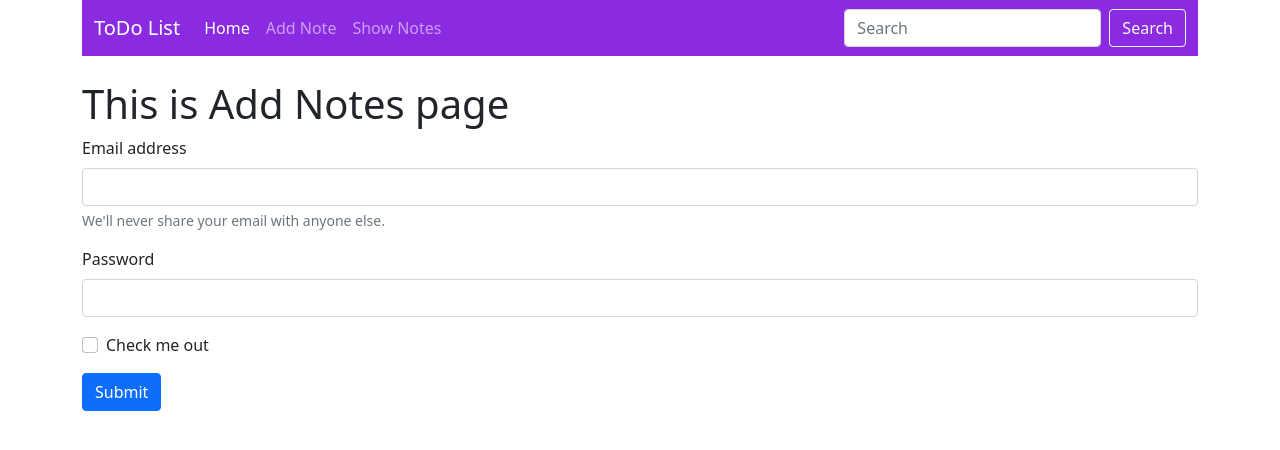
Repository: VishalSalvi17/Hibernate
Page: http://localhost/ToDoList/addnote.jsp
An editor plug-in stored every save of this project. The page is shown before and after the next save, followed by the edit.
The browser window is 1280 px wide. The pictures show the whole page.
The page is served by Tomcat 9. Other server files are loaded and not shown.

Above is the page before, as saved 2023-03-16 10:52:52.

### ToDoList/src/main/webapp/addnote.jsp
<%@ page language="java" contentType="text/html; charset=ISO-8859-1"
	pageEncoding="ISO-8859-1"%>
<!DOCTYPE html PUBLIC "-//W3C//DTD HTML 4.01 Transitional//EN" "http://www.w3.org/TR/html4/loose.dtd">
<html>
<head>
<!-- Required meta tags -->
<meta charset="utf-8">
<meta name="viewport" content="width=device-width, initial-scale=1">

<%@include file="all_js_css.jsp"%>
<title>Add Notes</title>
</head>
<body>
	<div class="container">
		<%@include file="navbar.jsp"%>
		<br>
		<h1>This is Add Notes page</h1>

		<!-- This is form -->
		<form>
			<div class="mb-3">
				<label for="exampleInputEmail1" class="form-label">Email
					address</label> <input type="email" class="form-control"
					id="exampleInputEmail1" aria-describedby="emailHelp">
				<div id="emailHelp" class="form-text">We'll never share your
					email with anyone else.</div>
			</div>
			<div class="mb-3">
				<label for="exampleInputPassword1" class="form-label">Password</label>
				<input type="password" class="form-control"
					id="exampleInputPassword1">
			</div>
			<div class="mb-3 form-check">
				<input type="checkbox" class="form-check-input" id="exampleCheck1">
				<label class="form-check-label" for="exampleCheck1">Check me
					out</label>
			</div>
			<button type="submit" class="btn btn-primary">Submit</button>
		</form>
	</div>
</body>
</html>

### ToDoList/src/main/webapp/all_js_css.jsp
<!-- Bootstrap CSS -->
<link
	href="https://cdn.jsdelivr.net/npm/bootstrap@5.0.2/dist/css/bootstrap.min.css"
	rel="stylesheet"
	integrity="sha384-EVSTQN3/azprG1Anm3QDgpJLIm9Nao0Yz1ztcQTwFspd3yD65VohhpuuCOmLASjC"
	crossorigin="anonymous">

<!-- style path-->
<link href="css/style.css" rel="stylesheet">

<!-- Option 1: Bootstrap Bundle with Popper -->
<script
	src="https://cdn.jsdelivr.net/npm/bootstrap@5.0.2/dist/js/bootstrap.bundle.min.js"
	integrity="sha384-MrcW6ZMFYlzcLA8Nl+NtUVF0sA7MsXsP1UyJoMp4YLEuNSfAP+JcXn/tWtIaxVXM"
	crossorigin="anonymous"></script>

<!-- Option 2: Separate Popper and Bootstrap JS -->
<script
	src="https://cdn.jsdelivr.net/npm/@popperjs/core@2.9.2/dist/umd/popper.min.js"
	integrity="sha384-IQsoLXl5PILFhosVNubq5LC7Qb9DXgDA9i+tQ8Zj3iwWAwPtgFTxbJ8NT4GN1R8p"
	crossorigin="anonymous"></script>
<script
	src="https://cdn.jsdelivr.net/npm/bootstrap@5.0.2/dist/js/bootstrap.min.js"
	integrity="sha384-cVKIPhGWiC2Al4u+LWgxfKTRIcfu0JTxR+EQDz/bgldoEyl4H0zUF0QKbrJ0EcQF"
	crossorigin="anonymous"></script>

### ToDoList/src/main/webapp/navbar.jsp
<nav class="navbar navbar-expand-lg navbar-dark blue">
  <div class="container-fluid">
    <a class="navbar-brand" href="index.jsp">ToDo List</a>
    <button class="navbar-toggler" type="button" data-bs-toggle="collapse" data-bs-target="#navbarSupportedContent" aria-controls="navbarSupportedContent" aria-expanded="false" aria-label="Toggle navigation">
      <span class="navbar-toggler-icon"></span>
    </button>
    <div class="collapse navbar-collapse" id="navbarSupportedContent">
      <ul class="navbar-nav me-auto mb-2 mb-lg-0">
        <li class="nav-item">
          <a class="nav-link active" aria-current="page" href="index.jsp">Home</a>
        </li>
        <li class="nav-item">
          <a class="nav-link" href="addnote.jsp">Add Note</a>
        </li>
        <li class="nav-item">
          <a class="nav-link" href="#" tabindex="-1">Show Notes</a>
        </li>
      </ul>
      <form class="d-flex">
        <input class="form-control me-2" type="search" placeholder="Search" aria-label="Search">
        <button class="btn btn-outline-light" type="submit">Search</button>
      </form>
    </div>
  </div>
</nav>

### ToDoList/src/main/webapp/css/style.css
.blue{
	background:#8A2BE2;
}

After the next save:
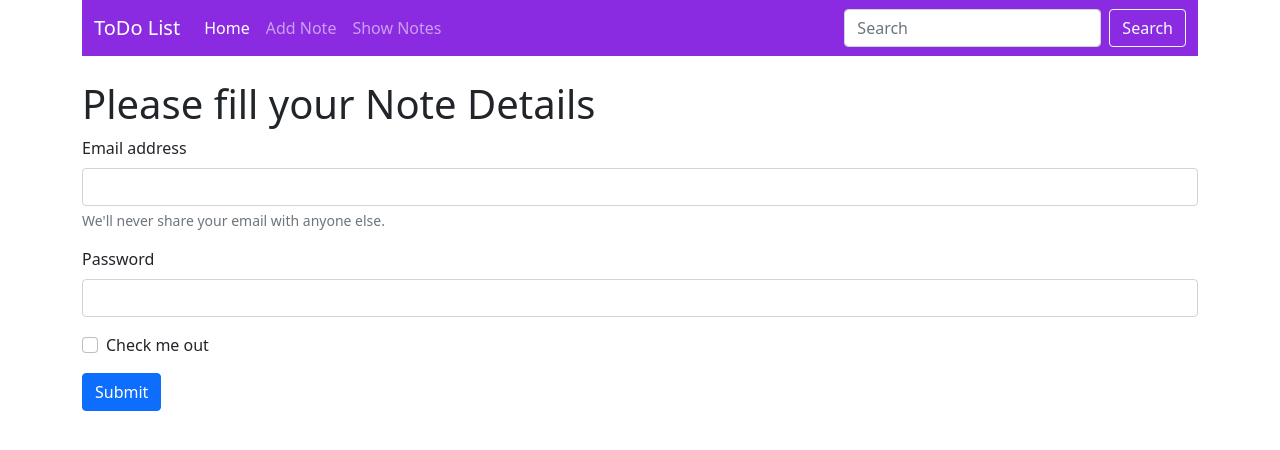
Saved 45 s later.
--- a/ToDoList/src/main/webapp/addnote.jsp
+++ b/ToDoList/src/main/webapp/addnote.jsp
@@ -14,7 +14,7 @@
 	<div class="container">
 		<%@include file="navbar.jsp"%>
 		<br>
-		<h1>This is Add Notes page</h1>
+		<h1>Please fill your Note Details</h1>
 
 		<!-- This is form -->
 		<form>
